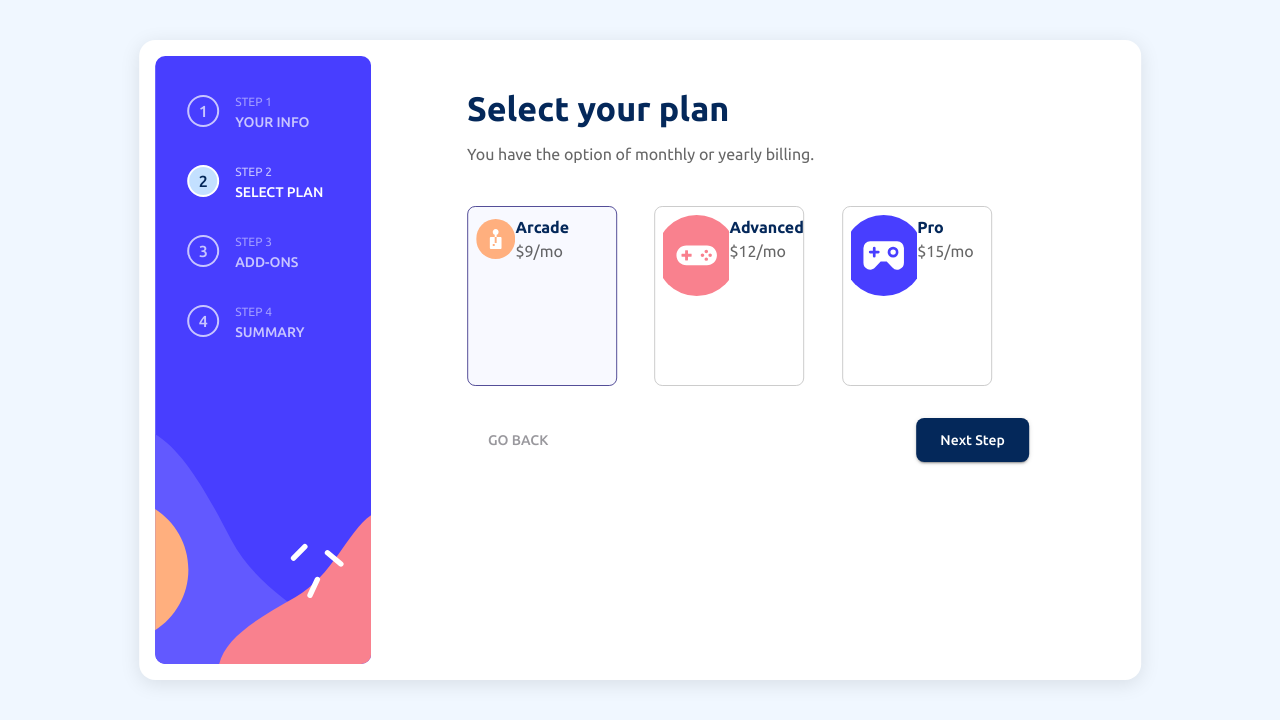
Repository: ozerrrs/chalange7days
Page: / (app in 7dayschalange/7dayschallange/), after clicking the first element matching `button.MuiButtonBase-root`
The author's editor kept a copy of each file at every save. The page is drawn from the files as they stood at one save, then again after the next save.
The browser window is 1280 px wide. The pictures show the whole page.
The project was rebuilt for these pictures with package versions that can differ from the ones it lists, and the page was loaded fresh each time. Also part of the build but not shown: 7dayschalange/7dayschallange/vite.config.js.

Above is the page before, as saved 2025-03-05 16:22:50.

After the next save:
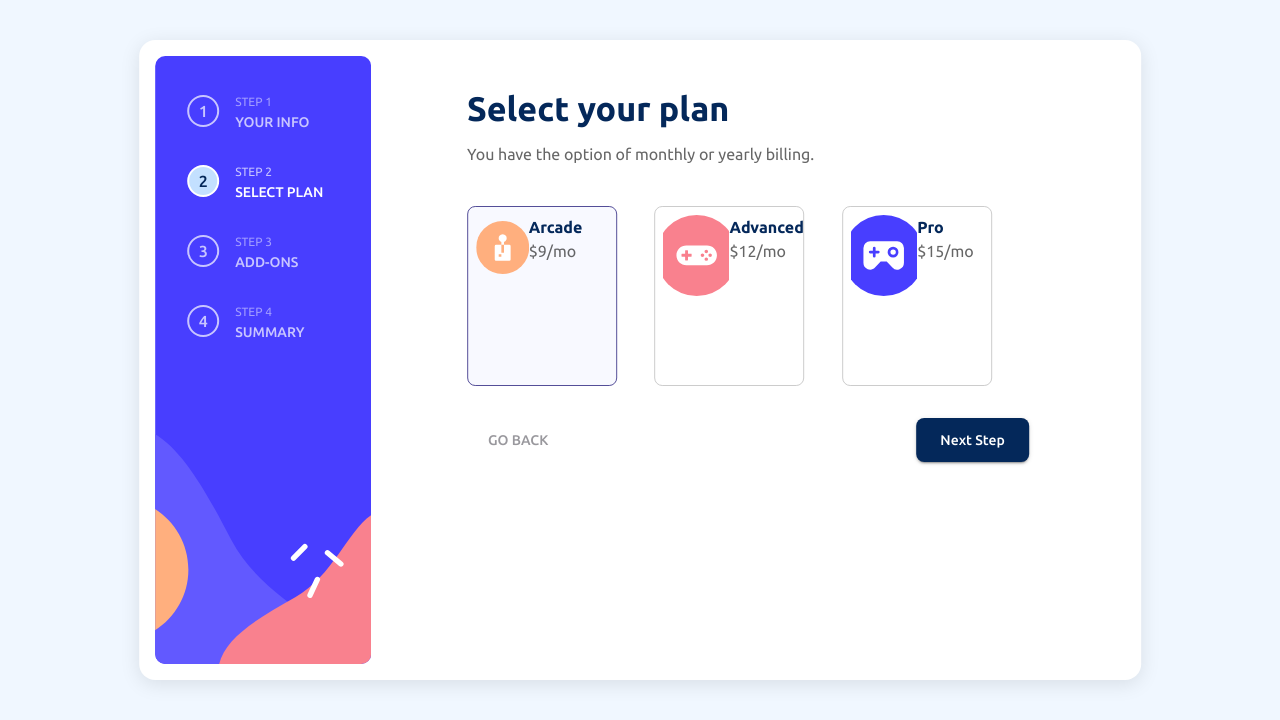
Saved 7 s later.
--- a/7dayschalange/7dayschallange/src/pages/firstPage.jsx
+++ b/7dayschalange/7dayschallange/src/pages/firstPage.jsx
@@ -249,8 +249,8 @@ function MultiStepForm() {
                         src={arcadeIcon}
                         alt="background"
                         style={{
-                          width: "30%",
-                          height: "30%",
+                          width: "40%",
+                          height: "40%",
                           objectFit: "contain",
                         }}
                       />
